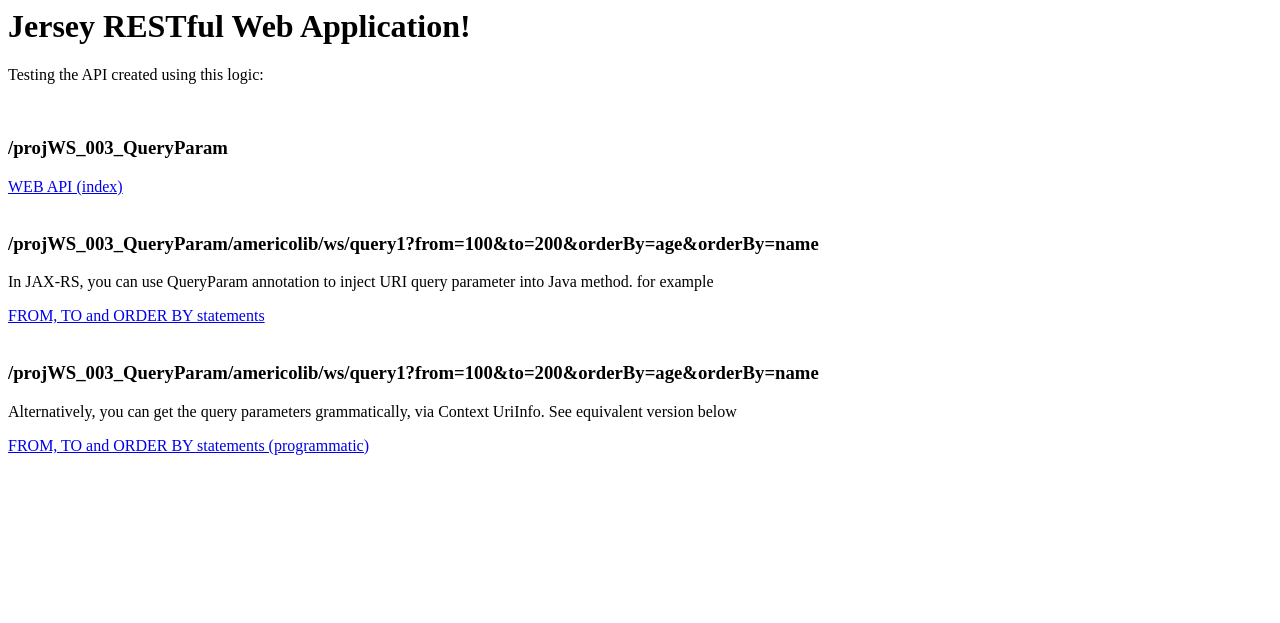
Repository: atafs/BackEnd_JAX-RS_REST_2continue
Page: http://localhost/projWS_003_QueryParam/
An editor plug-in stored every save of this project. The page is shown before and after the next save, followed by the edit.
The browser window is 1280 px wide. The pictures show the whole page.
The page is served by Tomcat 9.

Above is the page before, as saved 2016-05-02 10:07:21.

After the next save:
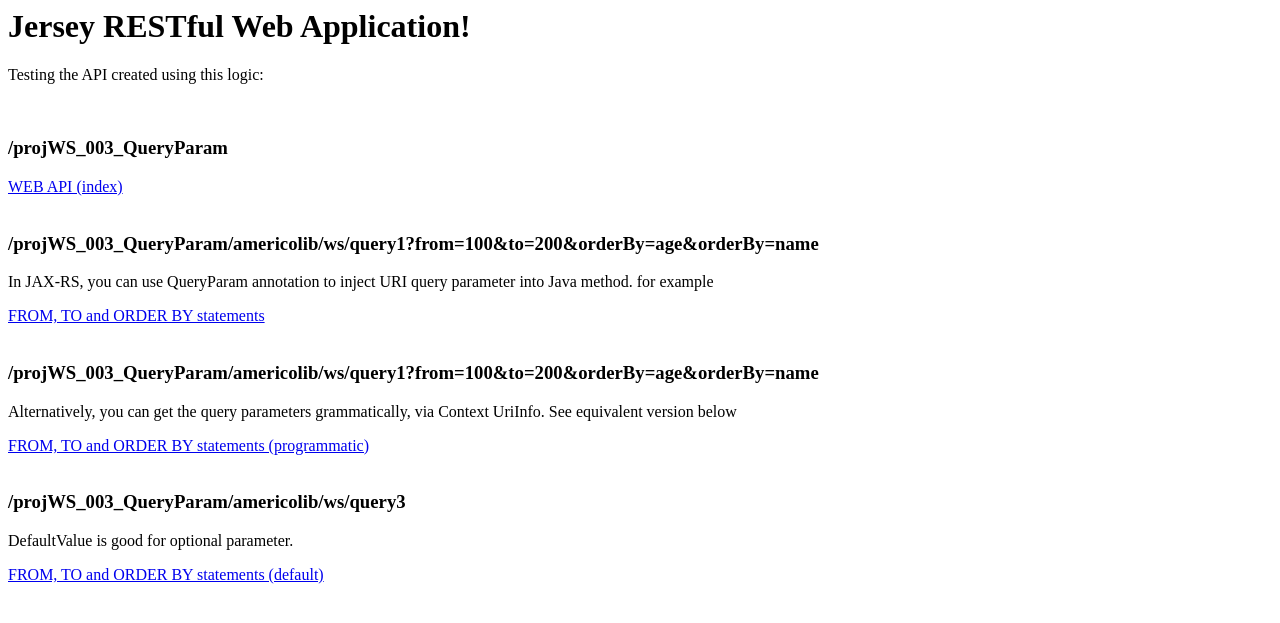
Saved 2 min 19 s later.
--- a/projWS_003_QueryParam/src/main/webapp/index.jsp
+++ b/projWS_003_QueryParam/src/main/webapp/index.jsp
@@ -19,6 +19,10 @@
 	<p>Alternatively, you can get the query parameters grammatically, via Context UriInfo. See equivalent version below</p>
 	<a href="http://localhost:8085/projWS_003_QueryParam/americolib/ws/query2?from=100&to=200&orderBy=age&orderBy=name">FROM, TO and ORDER BY statements (programmatic)</a><br/><br/>
 
+	<h3>/projWS_003_QueryParam/americolib/ws/query3</h3>
+	<p>DefaultValue is good for optional parameter.</p>
+	<a href="http://localhost:8085/projWS_003_QueryParam/americolib/ws/query3">FROM, TO and ORDER BY statements (default)</a><br/><br/>
+
 
 
 
